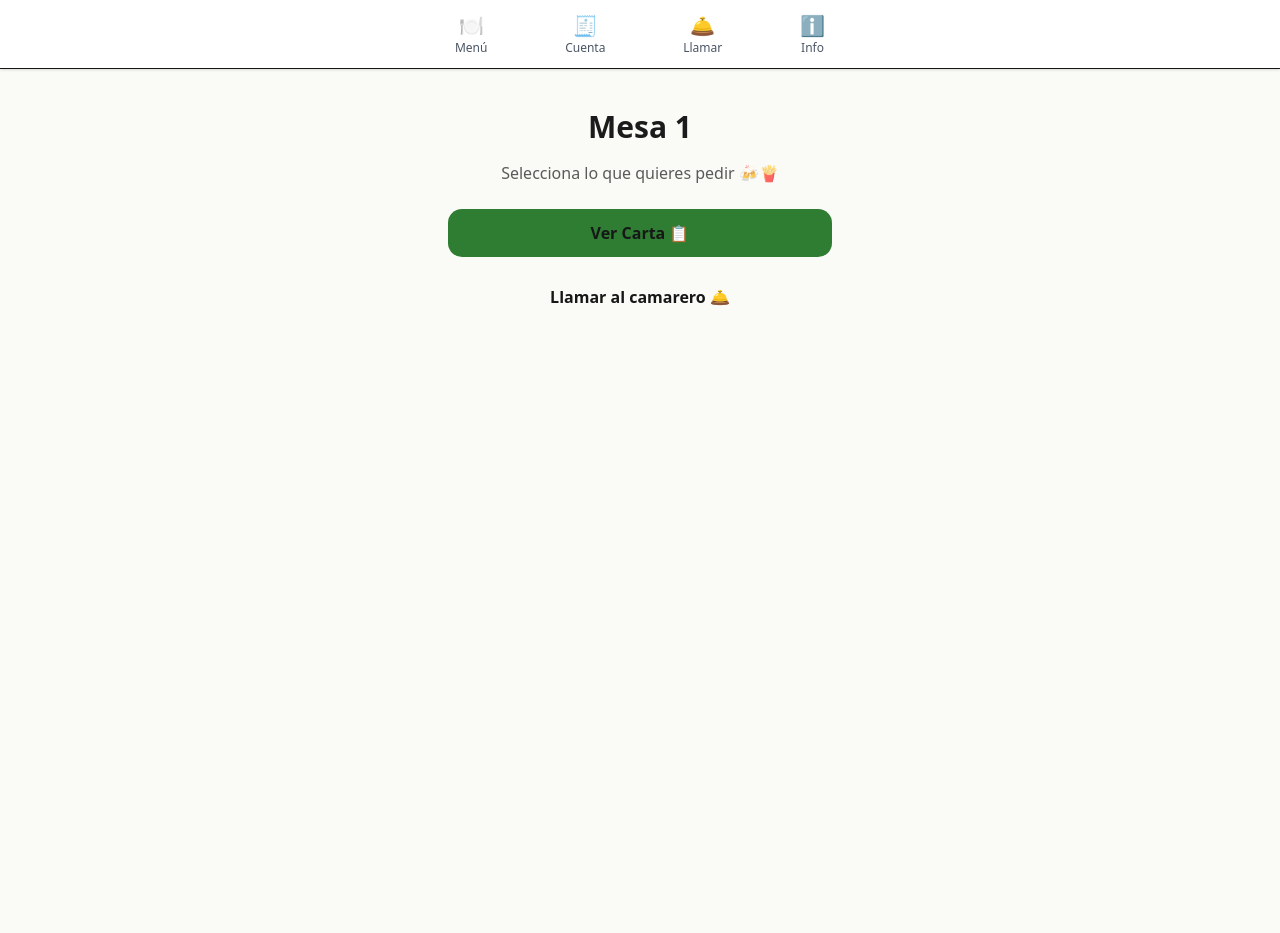
Repository: jrcardenas/sirvaapp
Page: /mesa/1
An editor plug-in stored every save of this project. The page is shown before and after the next save, followed by the edit.
The browser window is 1280 px wide. The pictures show the whole page.
The project was rebuilt for these pictures with package versions that can differ from the ones it lists, and the page was loaded fresh each time. The framework's server and built-in components were replaced by stand-ins that run in the browser. Also part of the build but not shown: next.config.ts.

Above is the page before, as saved 2025-11-02 12:48:35.

### app/layout.tsx
import type { Metadata } from "next";
import "./globals.css";
import "./styles/theme.css";
import Header from "@/components/layout/Header";

export const metadata: Metadata = {
  title: "SirvaApp",
  description: "Pide desde tu mesa. Sirve más rápido.",
};

export default function RootLayout({ children }: { children: React.ReactNode }) {
  return (
    <html lang="es">
      <body className="bg-[var(--color-background)] text-[var(--color-text-dark)]">
        {/* ✅ Navegación principal arriba */}
        <Header />

        {/* ✅ Espacio suficiente para footer del pedido */}
        <main className="pt-4 pb-32 max-w-md mx-auto">
          {children}
        </main>
      </body>
    </html>
  );
}

### app/mesa/[id]/page.tsx
"use client";

import { useEffect, use } from "react";
import Button from "@/components/ui/Button";

export default function MesaPage({ params }: { params: Promise<{ id: string }> }) {
  const { id } = use(params); // ✅ unwrapped correctamente

  useEffect(() => {
    localStorage.setItem("mesaId", id);
  }, [id]);

  return (
    <main className="min-h-screen bg-[var(--color-background)] p-6">
      <h1 className="text-3xl font-bold text-center text-[var(--color-text-dark)] mb-4">
        Mesa {id}
      </h1>

      <p className="text-center opacity-70 mb-6">Selecciona lo que quieres pedir 🍻🍟</p>

      <div className="flex flex-col gap-4 max-w-sm mx-auto">
        <Button as="link" href="/menu" fullWidth>
          Ver Carta 📋
        </Button>

        <Button variant="secondary" fullWidth>
          Llamar al camarero 🛎️
        </Button>
      </div>
    </main>
  );
}

### app/globals.css
@import "tailwindcss";

/* Colores base del navegador */
:root {
  --background: #ffffff;
  --foreground: #171717;
}

/* ✅ Variables sincronizadas con el tema */
@theme inline {
  --color-background: var(--background);
  --color-foreground: var(--foreground);
  --font-sans: var(--font-geist-sans);
  --font-mono: var(--font-geist-mono);
}

@media (prefers-color-scheme: dark) {
  :root {
    --background: #0a0a0a;
    --foreground: #ededed;
  }
}

/* ✅ Mantener reset y tipografía */
body {
  background: var(--color-background);
  color: var(--color-foreground);
}

### app/styles/theme.css
:root {
  /* Brand & Accent */
  --color-primary: #2E7D32; /* Verde principal: moderno, fresco */
  --color-primary-light: #4CAF50; /* Verde más vivo */
  --color-accent: #81C784; /* Verde suave para hover */

  /* Backgrounds */
  --color-background: #FAFAF7; /* Crema suave */
  --color-surface: #FFFFFF; /* Tarjetas y secciones */
  --color-surface-alt: #F3F3EF;

  /* Borders */
  --color-border: #D4D4D4;

  /* Text */
  --color-text-dark: #1B1B1B;
  --color-text-muted: #606060;
  --color-text-disabled: #AFAFAF;

  /* Buttons */
  --color-plus-button: var(--color-primary);
  --color-minus-button: #E0E0E0;
  --color-minus-icon: #555;

  /* States */
  --color-disabled-bg: #E6E6E6;
  --color-disabled-text: #A8A8A8;

  /* Tokens */
  --radius: 14px;
  --button-height: 48px;
}

### app/components/layout/Header.tsx
"use client";

import Link from "next/link";
import { usePathname } from "next/navigation";

export default function Header() {
  const pathname = usePathname();

  const navItems = [
    { href: "/menu", label: "Menú", icon: "🍽️" },
    { href: "/cuenta", label: "Cuenta", icon: "🧾" },
    { href: "/llamar", label: "Llamar", icon: "🛎️" },
    { href: "/info", label: "Info", icon: "ℹ️" },
  ];

  return (
    <header className="w-full py-3 bg-white border-b shadow-sm">
      <nav className="flex justify-around max-w-md mx-auto text-sm">
        {navItems.map((item) => (
          <Link
            key={item.href}
            href={item.href}
            className={`flex flex-col items-center ${
              pathname === item.href
                ? "text-blue-600 font-bold"
                : "text-gray-600"
            }`}
          >
            <span className="text-xl">{item.icon}</span>
            <span className="text-xs">{item.label}</span>
          </Link>
        ))}
      </nav>
    </header>
  );
}

### app/components/ui/Button.tsx
"use client";

import React from "react";
import Link from "next/link";

type Variant = "primary" | "secondary" | "outline" | "ghost";
type Size = "sm" | "md" | "lg";

type ButtonProps = {
  variant?: Variant;
  size?: Size;
  loading?: boolean;
  fullWidth?: boolean;
  as?: "button" | "link";
  href?: string;
  className?: string;
  children: React.ReactNode;
} & React.ButtonHTMLAttributes<HTMLButtonElement>;

function classes({ variant, size, fullWidth }: { variant: Variant; size: Size; fullWidth?: boolean }) {
  const base =
    "inline-flex items-center justify-center font-semibold transition focus:outline-none focus-visible:ring-2 focus-visible:ring-offset-2";
  const radius = "rounded-[var(--radius)]";
  const width = fullWidth ? "w-full" : "";
  const sizes: Record<Size, string> = {
    sm: "text-sm h-10 px-4",
    md: "text-base h-[var(--button-height)] px-5", // 48px por theme
    lg: "text-base h-14 px-6",
  };
  const variants: Record<Variant, string> = {
    primary:
      "bg-[var(--color-primary)] text-[var(--color-text-light)] hover:opacity-90 focus-visible:ring-[var(--color-primary)]",
    secondary:
      "bg-[var(--color-secondary)] text-[var(--color-text-light)] hover:opacity-90 focus-visible:ring-[var(--color-secondary)]",
    outline:
      "bg-transparent text-[var(--color-text-dark)] border border-[color:var(--color-secondary)]/20 hover:bg-[var(--color-surface)] focus-visible:ring-[var(--color-primary)]",
    ghost:
      "bg-transparent text-[var(--color-text-dark)] hover:bg-[var(--color-surface)] focus-visible:ring-[var(--color-primary)]",
  };

  return [base, radius, width, sizes[size], variants[variant]].join(" ");
}

export default function Button({
  variant = "primary",
  size = "md",
  loading = false,
  fullWidth,
  as = "button",
  href,
  className = "",
  children,
  disabled,
  ...rest
}: ButtonProps) {
  const cls =
    classes({ variant, size, fullWidth }) +
    " " +
    (disabled || loading ? "opacity-60 pointer-events-none" : "") +
    " " +
    className;

  const content = (
    <>
      {loading && (
        <svg
          className="mr-2 animate-spin"
          width="16"
          height="16"
          viewBox="0 0 24 24"
          aria-hidden="true"
        >
          <circle cx="12" cy="12" r="10" stroke="currentColor" strokeWidth="4" fill="none" opacity="0.25" />
          <path d="M22 12a10 10 0 0 1-10 10" fill="none" stroke="currentColor" strokeWidth="4" />
        </svg>
      )}
      {children}
    </>
  );

  if (as === "link" && href) {
    return (
      <Link
        href={href}
        className={cls}
        role="button"
        aria-busy={loading || undefined}
        aria-disabled={disabled || loading || undefined}
      >
        {content}
      </Link>
    );
  }

  return (
    <button
      className={cls}
      disabled={disabled || loading}
      aria-busy={loading || undefined}
      {...rest}
    >
      {content}
    </button>
  );
}

After the next save:
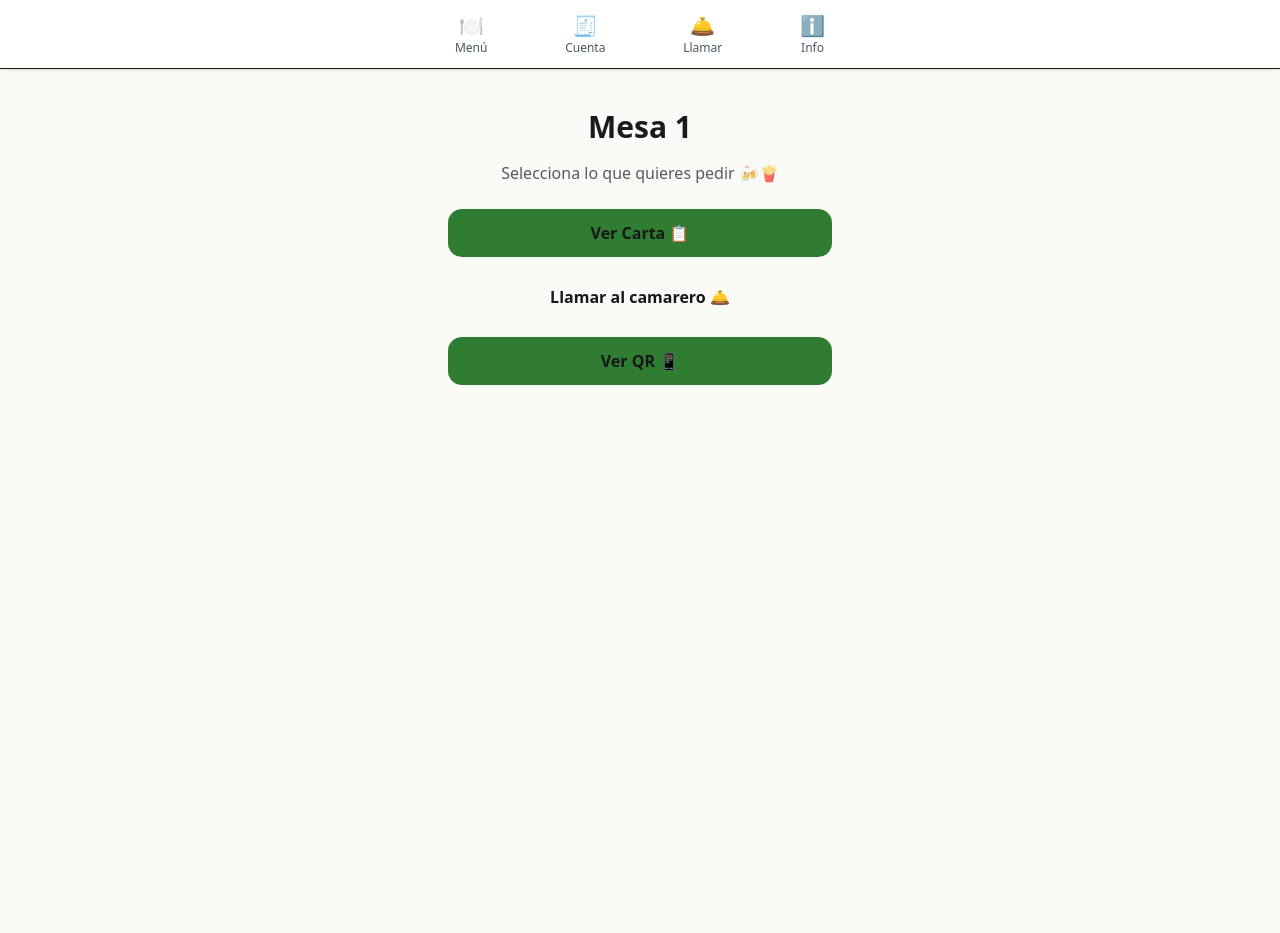
Saved 41 s later.
--- a/app/mesa/[id]/page.tsx
+++ b/app/mesa/[id]/page.tsx
@@ -26,6 +26,10 @@ export default function MesaPage({ params }: { params: Promise<{ id: string }> }
         <Button variant="secondary" fullWidth>
           Llamar al camarero 🛎️
         </Button>
+        <Button as="link" href={`/mesa/${id}/qr`} fullWidth>
+  Ver QR 📱
+</Button>
+
       </div>
     </main>
   );
